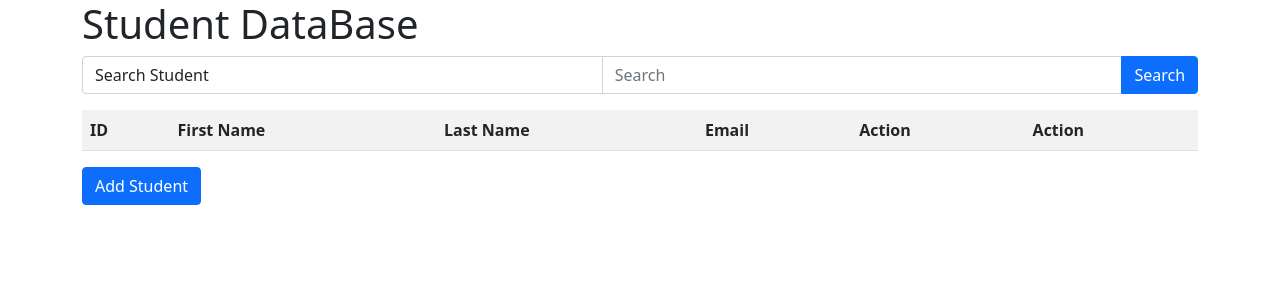
Repository: Siddhant1401/Aurionpro-J2EE
Page: http://localhost/08-STUDENT-MVC/StudentController
These files come from the project's save history. The page is drawn as it stood at one moment and after the next save; the edit follows.
The browser window is 1280 px wide. The pictures show the whole page.
The page is served by Tomcat 9. Other server files are loaded and not shown. Queries for data that is not in the repository find no rows.

Above is the page before, as saved 2023-10-18 07:53:32.

### 08-STUDENT-MVC/WebContent/student.jsp
<%@ page language="java" contentType="text/html; charset=ISO-8859-1"
	pageEncoding="ISO-8859-1"%>
<%@ taglib uri="http://java.sun.com/jsp/jstl/core" prefix="c"%>
<!DOCTYPE html PUBLIC "-//W3C//DTD HTML 4.01 Transitional//EN" "http://www.w3.org/TR/html4/loose.dtd">
<html>
<head>
<meta http-equiv="Content-Type" content="text/html; charset=ISO-8859-1">
<title>Insert title here</title>
<link
	href="https://cdn.jsdelivr.net/npm/bootstrap@5.0.2/dist/css/bootstrap.min.css"
	rel="stylesheet"
	integrity="sha384-EVSTQN3/azprG1Anm3QDgpJLIm9Nao0Yz1ztcQTwFspd3yD65VohhpuuCOmLASjC"
	crossorigin="anonymous">
<script
	src="https://cdn.jsdelivr.net/npm/bootstrap@5.0.2/dist/js/bootstrap.bundle.min.js"
	integrity="sha384-MrcW6ZMFYlzcLA8Nl+NtUVF0sA7MsXsP1UyJoMp4YLEuNSfAP+JcXn/tWtIaxVXM"
	crossorigin="anonymous"></script>
</head>

<body>
	<div class="container">
		<h1>Student DataBase</h1>
		<!-- --Seach Form -->
		<form action="StudentController" method="get">
			<div class="input-group mb-3">
				<select class="form-control" name="search">
					<option value " ">Search Student</option>
					<option value="searchid">ID</option>
					<option value="searchFirstName">First Name</option>
					<option value="searchlastName">Last Name</option>
					<option value="searchEmail">Email</option>
				</select>
				<input type="text" class="form-control" id="searchValue"
					placeholder="Search" name="searchValue">
					<button class="btn btn-primary" type="submit">Search</button>

			</div>
			<input type="hidden" name="action" value="search">


		</form>
		<table class="table table-striped table-hover">
			<tr>
				<th>ID</th>
				<th>First Name</th>
				<th>Last Name</th>
				<th>Email</th>
				<th>Action</th>
				<th>Action</th>
			</tr>
			<c:forEach var="Student" items="${allStud}">

				<c:url var="updateLink" value="StudentController">
					<c:param name="action" value="update" />
					<c:param name="id" value="${Student.id}" />
				</c:url>

				<c:url var="deleteLink" value="StudentController">
					<c:param name="action" value="delete" />
					<c:param name="id" value="${Student.id}" />
				</c:url>




				<tr>
					<td>${Student.id}</td>
					<td>${Student.firstName}</td>
					<td>${Student.lastName}</td>
					<td>${Student.email}</td>
					<td><a href="${updateLink}" class="btn btn-warning">Update</a></td>
					<td><a href="${deleteLink}" class="btn btn-danger">Delete</a></td>
				</tr>
			</c:forEach>


		</table>

		<a href="add-Student.jsp" class="btn btn-primary">Add Student</a>
	</div>


</body>

</html>

### 08-STUDENT-MVC/src/com/aurionpro/controller/StudentController.java
package com.aurionpro.controller;

import java.io.IOException;
import java.sql.SQLException;
import java.util.ArrayList;
import java.util.List;

import javax.annotation.Resource;
import javax.servlet.RequestDispatcher;
import javax.servlet.ServletException;
import javax.servlet.annotation.WebServlet;
import javax.servlet.http.HttpServlet;
import javax.servlet.http.HttpServletRequest;
import javax.servlet.http.HttpServletResponse;
import javax.sql.DataSource;

import com.aurionpro.jdbc.StudentDbUtil;
import com.aurionpro.model.Student;

/**
 * Servlet implementation class StudentController
 */
@WebServlet("/StudentController")
public class StudentController extends HttpServlet {

	@Resource(name = "jdbc/student-source")
	private DataSource dataSource;

	private StudentDbUtil dbUtil;

	@Override
	public void init() throws ServletException {
		super.init();
		dbUtil = new StudentDbUtil(dataSource);
	}

	private static final long serialVersionUID = 1L;

	public StudentController() {
		super();
	}

	protected void doGet(HttpServletRequest request, HttpServletResponse response)
			throws ServletException, IOException {
		String command = request.getParameter("action");
		if (command == null) {
			command = "list";
		}
		switch (command) {
		case "list":
			try {
				listStudent(request, response);
			} catch (SQLException e) {
				// TODO Auto-generated catch block
				e.printStackTrace();
			}
			break;
		case "add":
			try {
				addStudent(request, response);
			} catch (SQLException e) {
				// TODO Auto-generated catch block
				e.printStackTrace();
			}
			// System.out.println("add");
			break;

		case "update":
			try {
				getStudentForUpdate(request, response);
			} catch (SQLException e1) {
				// TODO Auto-generated catch block
				e1.printStackTrace();
			}
			break;

		case "update-save":
			try {
				updateStudent(request, response);
			} catch (SQLException e1) {
				// TODO Auto-generated catch block
				e1.printStackTrace();
			}
			break;
		case "delete":
			try {
				deleteStudent(request, response);
			} catch (SQLException e1) {
				e1.printStackTrace();
			}
			break;
		case "search":
			try {
				searchStudent(request, response);
			} catch (SQLException e1) {
				e1.printStackTrace();
			}
			break;

		default:
			try {
				listStudent(request, response);
			} catch (SQLException e) {
				e.printStackTrace();
			}
		}
	}

	private void searchStudent(HttpServletRequest request, HttpServletResponse response)
			throws SQLException, ServletException, IOException {

		String searchOption = request.getParameter("search");
		String searchValue = request.getParameter("searchValue");

		List<Student> studentList = dbUtil.searchStudent(searchOption,searchValue);
		RequestDispatcher dispatcher= request.getRequestDispatcher("/student.jsp");
		dispatcher.forward(request, response);

	}

	private void deleteStudent(HttpServletRequest request, HttpServletResponse response)
			throws ServletException, IOException, SQLException {
		int id = Integer.parseInt(request.getParameter("id"));
		dbUtil.deleteStudent(id);
		System.out.println(id);
		listStudent(request, response);
	}

	private void updateStudent(HttpServletRequest request, HttpServletResponse response)
			throws SQLException, ServletException, IOException {
		int id = Integer.parseInt(request.getParameter("id"));
		String fName = request.getParameter("first_name");
		String lName = request.getParameter("last_name");
		String email = request.getParameter("email");

		Student newStudent = new Student(id, fName, lName, email);
		dbUtil.updateStudent(newStudent);
		listStudent(request, response);

	}

	private void getStudentForUpdate(HttpServletRequest request, HttpServletResponse response)
			throws SQLException, ServletException, IOException {
		int id = Integer.parseInt(request.getParameter("id"));
		Student student = dbUtil.getStudentById(id);
		System.out.println(student);
		request.setAttribute("student", student);
		RequestDispatcher requestDispatcher = request.getRequestDispatcher("/update-student.jsp");
		requestDispatcher.forward(request, response);
	}

	private void addStudent(HttpServletRequest request, HttpServletResponse response)
			throws SQLException, ServletException, IOException {
		String fName = request.getParameter("first_name");
		String lName = request.getParameter("last_name");
		String email = request.getParameter("email");

		Student newStudent = new Student(fName, lName, email);
		dbUtil.addNewStudent(newStudent);

		listStudent(request, response);
		// System.out.println(newStudent);

	}

	private void listStudent(HttpServletRequest request, HttpServletResponse response)
			throws ServletException, IOException, SQLException {
		List<Student> studentList = dbUtil.getAllStudents();
		RequestDispatcher dispatcher = request.getRequestDispatcher("/student.jsp");
		request.setAttribute("allStud", studentList);
		dispatcher.forward(request, response);
	}

}

After the next save:
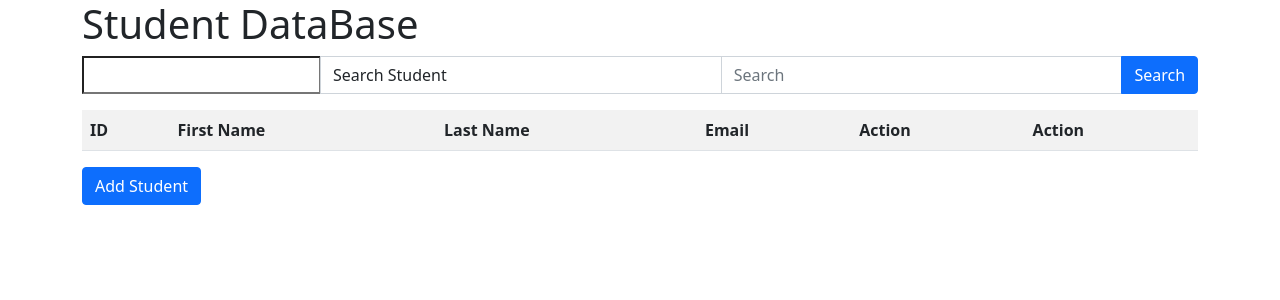
Saved 3 min 57 s later.
--- a/08-STUDENT-MVC/WebContent/student.jsp
+++ b/08-STUDENT-MVC/WebContent/student.jsp
@@ -23,6 +23,7 @@
 		<!-- --Seach Form -->
 		<form action="StudentController" method="get">
 			<div class="input-group mb-3">
+			<input type="text",class="form-control" name="searchValue">
 				<select class="form-control" name="search">
 					<option value " ">Search Student</option>
 					<option value="searchid">ID</option>

After the 2 saves that followed:
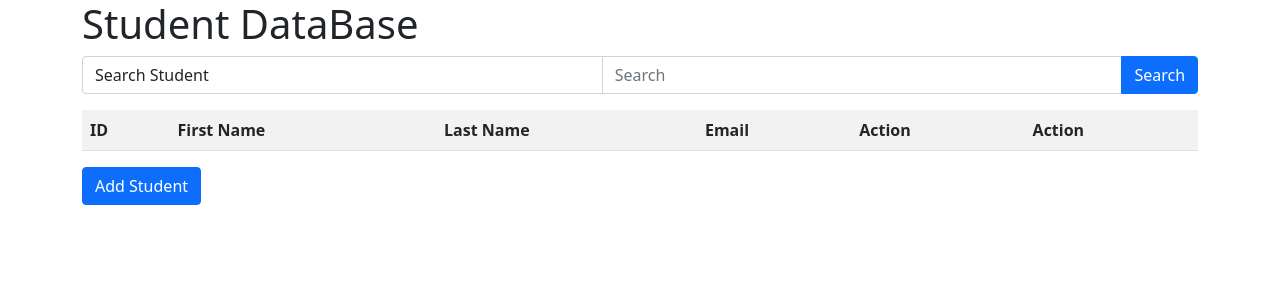
The 2 saves are shown as one change because 1 left the picture as it was.
The last was saved 97 s later.
--- a/08-STUDENT-MVC/WebContent/student.jsp
+++ b/08-STUDENT-MVC/WebContent/student.jsp
@@ -23,7 +23,6 @@
 		<!-- --Seach Form -->
 		<form action="StudentController" method="get">
 			<div class="input-group mb-3">
-			<input type="text",class="form-control" name="searchValue">
 				<select class="form-control" name="search">
 					<option value " ">Search Student</option>
 					<option value="searchid">ID</option>
